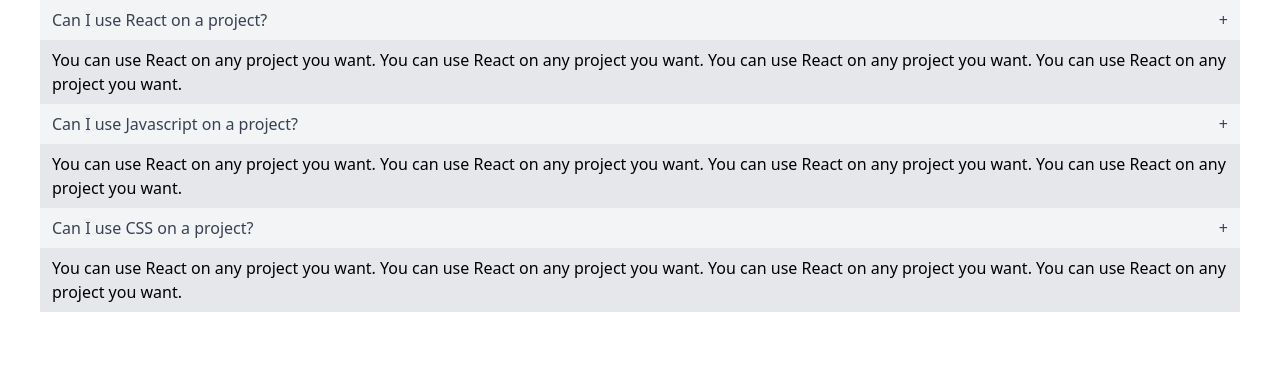
Repository: Marhamat92/reactroutefromstephen
Page: /
The author's editor kept a copy of each file at every save. The page is drawn from the files as they stood at one save, then again after the next save.
The browser window is 1280 px wide. The pictures show the whole page.
The project was rebuilt for these pictures with package versions that can differ from the ones it lists, and the page was loaded fresh each time. Also part of the build but not shown: src/App.css.

Above is the page before, as saved 2022-12-21 20:43:33.

After the next save:
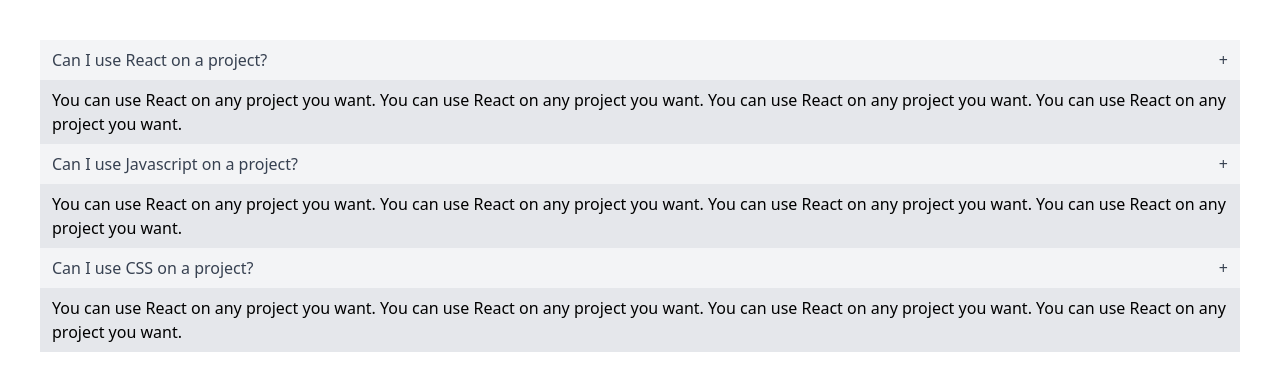
Saved 7 s later.
--- a/src/components/Accordion/Accordion.tsx
+++ b/src/components/Accordion/Accordion.tsx
@@ -21,7 +21,7 @@
     );
   });
 
-  return <div className='px-10'>{renderedItems}</div>;
+  return <div className='px-10 mt-10'>{renderedItems}</div>;
 }
 
 export default Accordion;
